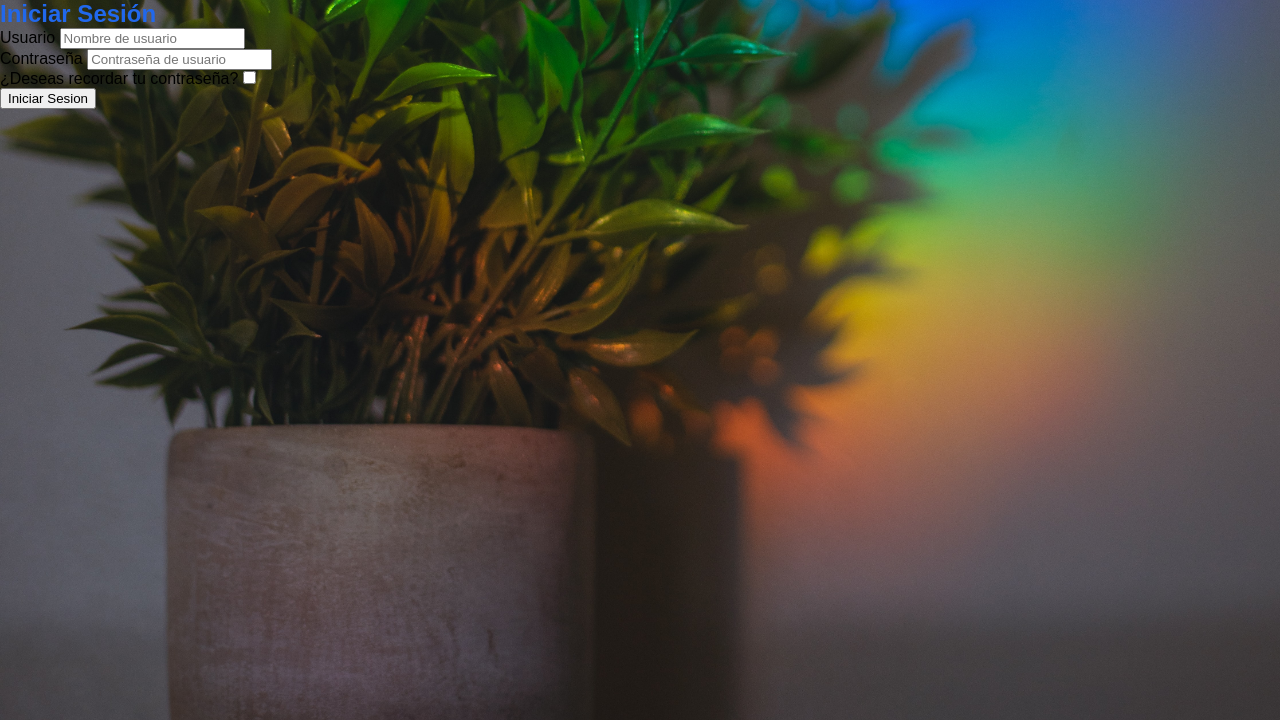
Repository: TzMichaelYT/ModuloHTMLCSS
Page: formularioHTML/index.html
The author's editor kept a copy of each file at every save. The page is drawn from the files as they stood at one save, then again after the next save.
The browser window is 1280 px wide. The pictures show the whole page.

Above is the page before, as saved 2021-07-14 19:50:32.

### formularioHTML/index.html
<!DOCTYPE html>
<html lang="es">
  <head>
    <meta charset="UTF-8" />
    <meta http-equiv="X-UA-Compatible" content="IE=edge" />
    <meta name="viewport" content="width=device-width, initial-scale=1.0" />
    <title>Iniciar Sesion</title>

    <!-- Estilos CSS -->
    <link rel="stylesheet" href="./styles/styles.css">

  </head>
  <body class="bg-matica">
    <!-- Seccion login -->
    <section class="screen-form">
      <!-- Contenedor del formulario -->
      <div class="bg-white form-container">
        <form>
          <!-- Contenedor del titulo -->
          <div>
            <h1 class="header-color">Iniciar Sesi&oacute;n</h1>
          </div>

          <!-- Inputs de inicio de sesion-->
          <div>
            <label for="usuario">Usuario</label>
            <input type="text" id="usuario" placeholder="Nombre de usuario" />
          </div>

          <div>
            <label for="password">Contraseña</label>
            <input
              type="password"
              id="password"
              placeholder="Contraseña de usuario"
            />
          </div>

          <div>
            <label for="check">¿Deseas recordar tu contraseña?</label>
            <input type="checkbox" id="check" />
          </div>

          <div>
              <button type="submit">Iniciar Sesion</button>
          </div>
        </form>
      </div>
    </section>
  </body>
</html>

### formularioHTML/styles/styles.css
/*Estilos Genarales*/
* {
    font-family: Arial, Helvetica, sans-serif;
    margin: 0;
}

/* Color del titulo */
.header-color {
    color: #2168ec;
}

/* Imagen de fondo */
.bg-matica {
    background-image: url('../img/matica.jpg');
    background-size: cover;
    background-repeat: no-repeat;
    background-position-y: 50%;
}
/* contendedor formulario */

/* contenedores de inputs */

/* estilos de botones */

/*Alineacion Formulario*/

After the next save:
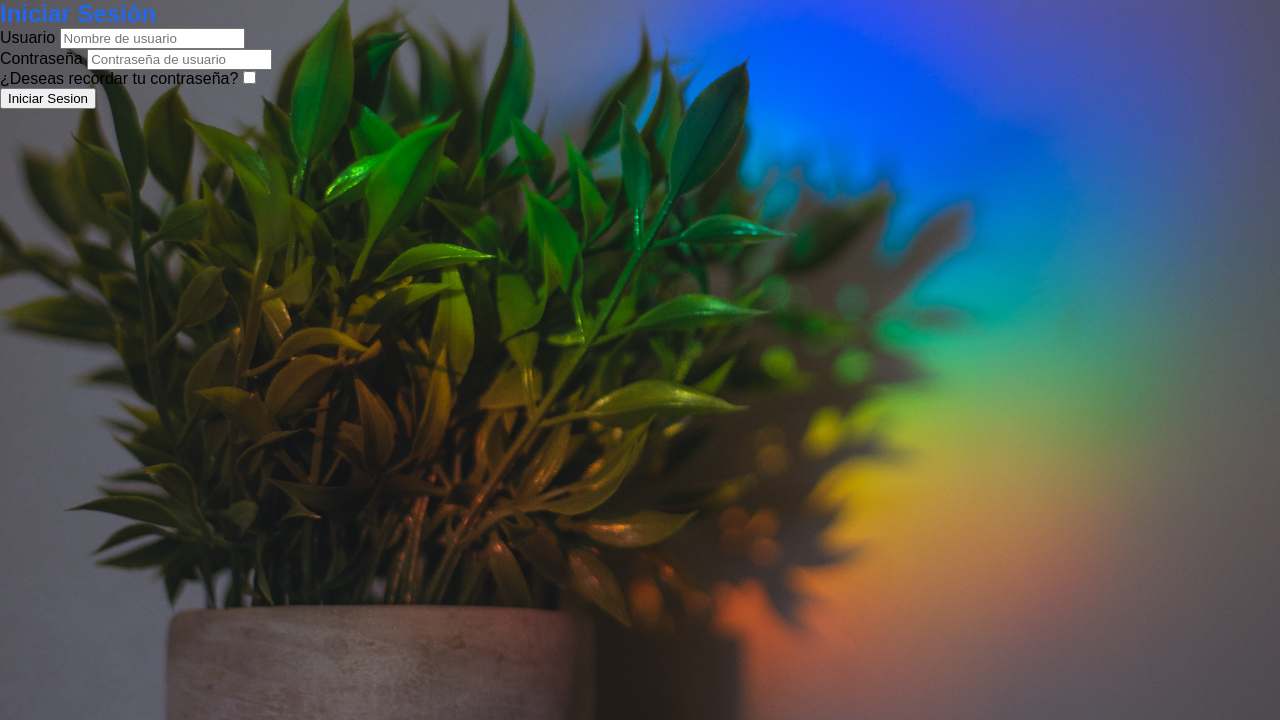
Saved 10 s later.
--- a/formularioHTML/styles/styles.css
+++ b/formularioHTML/styles/styles.css
@@ -14,7 +14,7 @@
     background-image: url('../img/matica.jpg');
     background-size: cover;
     background-repeat: no-repeat;
-    background-position-y: 50%;
+    background-position-y: 40%;
 }
 /* contendedor formulario */
 
